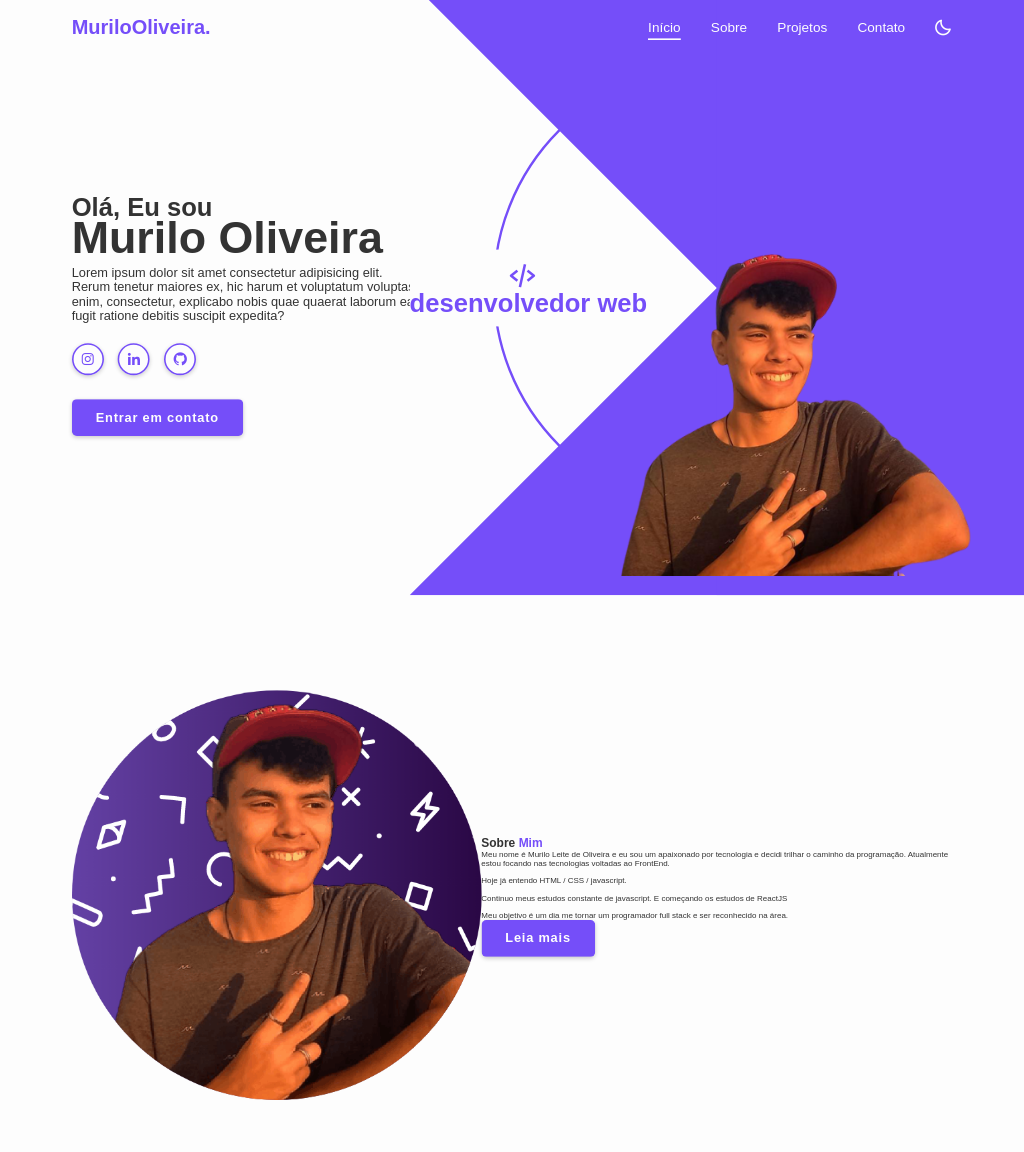
Repository: devMuriloOliveira/Portfolio-
Page: index.html
An editor plug-in stored every save of this project. The page is shown before and after the next save, followed by the edit.
The browser window is 1280 px wide. The pictures show the whole page, at 80% of full size.

Above is the page before, as saved 2023-03-11 16:08:27.

### index.html
<!DOCTYPE html>
<html lang="en">
  <head>
    <meta charset="UTF-8" />
    <meta http-equiv="X-UA-Compatible" content="IE=edge" />
    <meta name="viewport" content="width=device-width, initial-scale=1.0" />
    <title>Murilo Oliveira</title>

    <!--box icons-->
    <link
      href="https://unpkg.com/boxicons@2.1.4/css/boxicons.min.css"
      rel="stylesheet"
    />

    <!--font-->
    <link
      rel="stylesheet"
      href="https://fonts.googleapis.com/css2?family=Material+Symbols+Outlined:opsz,wght,FILL,GRAD@20..48,100..700,0..1,-50..200"
    />

    <!--css-->
    <link rel="stylesheet" href="style.css" />
  </head>
  <body>
    <header class="header">
      <a class="logo" href="#">Murilo<span>Oliveira</span>.</a>

      <nav class="navbar">
        <a href="#inicio" class="active">Início</a>
        <a href="#sobre">Sobre</a>
        <a href="#projetos">Projetos</a>
        <a href="#contato">Contato</a>
      </nav>

      <div class="bx bx bx-moon" id="darkMode-icon"></div>
    </header>

    <!------------inicio------------>

    <section class="inicio" id="inicio">
      <div class="inicio-content">
        <h3>Olá, Eu sou</h3>
        <h1>Murilo Oliveira</h1>
        <p>
          Lorem ipsum dolor sit amet consectetur adipisicing elit. Rerum tenetur
          maiores ex, hic harum et voluptatum voluptas enim, consectetur,
          explicabo nobis quae quaerat laborum ea fugit ratione debitis suscipit
          expedita?
        </p>

        <div class="social-media">
          <a href="#"><i class="bx bxl-instagram"></i></a>
          <a href="#"><i class="bx bxl-linkedin"></i></a>
          <a href="#"><i class="bx bxl-github"></i></a>
        </div>

        <a href="#" class="btn">Entrar em contato</a>
      </div>

      <div class="profession-container">
        <div class="profession-box">
          <div class="profession" style="--i: 0">
            <i class="bx bx-code-alt"></i>
            <h3>desenvolvedor web</h3>
          </div>
          <div class="profession" style="--i: 1">
            <i class="bx bx-code-alt"></i>
            <h3>desenvolvedor web</h3>
          </div>
          <div class="profession" style="--i: 2">
            <i class="bx bx-code-alt"></i>
            <h3>desenvolvedor web</h3>
          </div>
          <div class="profession" style="--i: 3">
            <i class="bx bx-code-alt"></i>
            <h3>desenvolvedor web</h3>
          </div>
          <div class="circle"></div>
        </div>

        <div class="overlay"></div>
      </div>

      <div class="inicio-img">
        <img src="assets/homem_sorrindo-removebg-preview.png" alt="" />
      </div>
    </section>

    <!------------sobre------------>

    <section class="sobre" id="sobre">
      <div class="sobre-img">
        <img src="/assets/profile-pic (4).png" alt="" />
      </div>

      <div class="sobre-content">
        <h2 class="heading">Sobre <span>Mim</span></h2>

        <p>
          Meu nome é Murilo Leite de Oliveira e eu sou um apaixonado por
          tecnologia e decidi trilhar o caminho da programação. Atualmente estou
          focando nas tecnologias voltadas ao FrontEnd.
        </p>
        <br />
        <p>Hoje já entendo HTML / CSS / javascript.</p>
        <br />
        <p>
          Continuo meus estudos constante de javascript. E começando os estudos
          de ReactJS
        </p>
        <br />
        <p>
          Meu objetivo é um dia me tornar um programador full stack e ser
          reconhecido na área.
        </p>

        <a href="#" class="btn">Leia mais</a>
      </div>
    </section>

    <script src="js/script.js"></script>
  </body>
</html>

### style.css
*{
  margin: 0;
  padding: 0;
  box-sizing: border-box;
  text-decoration: none;
  border: none;
  outline: none;
  scroll-behavior: smooth;
  font-family: 'Poppins', sans-serif;
}

:root{
  --bg-color: #fdfdfd;
  --text-color: #333;
  --main-color: #754ef9;
  --white-color: #fdfdfd;
  --shadow-color: rgba(0, 0, 0, .2);
}

html{
  font-size: 62.5%;
  overflow-x: hidden;
}

body{
  background: var(--bg-color);
  color: var(--text-color);
}

.header{
  position: fixed;
  top: 0;
  left: 0;
  width: 100%;
  padding: 2rem 7%;
  background: transparent;
  display: flex;
  align-items: center;
  z-index: 100;
}

.logo{
  font-size: 2.5rem;
  color: var(--main-color);
  font-weight: 600;
  cursor: default;
  margin-right: auto;
}

.navbar a{
  position: relative;
  font-size: 1.7rem;
  color: var(--white-color);
  font-weight: 500;
  margin-right: 3.5rem;
}

.navbar a.active::before{
  content: '';
  position: absolute;
  left: 0;
  bottom: -6px;
  width: 100%;
  height: .2rem;
  background: var(--white-color);
}

#darkMode-icon{
  font-size: 2.4rem;
  color: var(--white-color);
  cursor: pointer;
}

section{
  min-height: 100vh;
  padding: 10rem 7% 2rem;
}

.inicio{
  display: flex;
  align-items: center;
}

.inicio .inicio-content{
  max-width: 44rem;
}

.inicio-content h3{
  font-size: 3.2rem;
  font-weight: 700;
  line-height: .3;
}

.inicio-content h1{
  font-size: 5.6rem;
  font-weight: 700;
  margin-bottom: .3rem;
}

.inicio-content p{
  font-size: 1.6rem;
}

.inicio-content .social-media a{
  display: inline-flex;
  justify-content: center;
  align-items: center;
  width: 4rem;
  height: 4rem;
  background: transparent;
  border: .2rem solid var(--main-color);
  border-radius: 50%;
  box-shadow: 0 .2rem .5rem var(--shadow-color);
  font-size: 2rem;
  color: var(--main-color);
  margin: 2.5rem 1.5rem 3rem 0;
  transition: .5s ease;
}

.inicio-content .social-media a:hover{
  background: var(--main-color);
  color: var(--white-color);
}

.btn{
  display: inline-block;
  padding: 1.2rem 2.8rem;
  background: var(--main-color);
  border-radius: .6rem;
  box-shadow: 0 .2rem .5rem var(--shadow-color);
  font-size: 1.6rem;
  color: var(--white-color);
  letter-spacing: .1rem;
  font-weight: 600;
  border: .2rem solid transparent;
  transition: .5s ease;
}

.btn:hover{
  background: transparent;
  color: var(--main-color);
  border-color: var(--main-color);
}

.inicio .profession-container{
  position: absolute;
  top: 50%;
  right: 0;
  transform: translateY(-50%);
  width: 768px;
  height: 768px;

  overflow: hidden;
  pointer-events: none;
}

.inicio .profession-container .profession-box{
  position: absolute;
  top: 0;
  right: 0;
  width: 768px;
  height: 768px;
  border-radius: 50%;
  display: flex;
  justify-content: center;
  align-items: center;
}

.inicio .profession-box .profession{
  position: absolute;
  left: 0;
  display: flex;
  align-items: center;
  flex-direction: column;
  color: var(--main-color);
  transform: rotate(calc(360deg / 4 * var(--i)));
  transform-origin: 384px;
  background: var(--bg-color);
  padding: 13px 0;
}

.inicio .profession-box .profession:nth-child(1) i {
  margin-right: 15px;
}

.inicio .profession-box .profession:nth-child(2),
.inicio .profession-box .profession:nth-child(4) {
  padding-bottom: 20px;
}

.inicio .profession i{
  font-size: 3.8rem;
}

.inicio .profession h3{
  font-size: 3.2rem;
  line-height: 1;
  font-weight: 600;
}

.inicio .profession-box .circle{
  width: 560px;
  height: 560px;

  border: 3px solid var(--main-color);
  border-radius: 50%;
}

.inicio .profession-container .overlay{
  position: absolute;
  top: 0;
  right: 0;
  width: 0;
  height: 0;
  border-top: 384px solid var(--main-color);
  border-right: 384px solid var(--main-color);
  border-bottom: 384px solid var(--main-color);
  border-left: 384px solid transparent;

}

.inicio-img img{
  position: absolute;
  bottom: 0;
  right: 0;
  width: 50%;
  pointer-events: none;
}

span{
  color: var(--main-color);
}

.sobre{
  display: flex;
  justify-content: center;
  align-items: center;
}

.sobre-img img{
  width: 40vw;
}

Loaded but not shown: js/script.js (no copy from this time; the picture is the same without it)

After the next save:
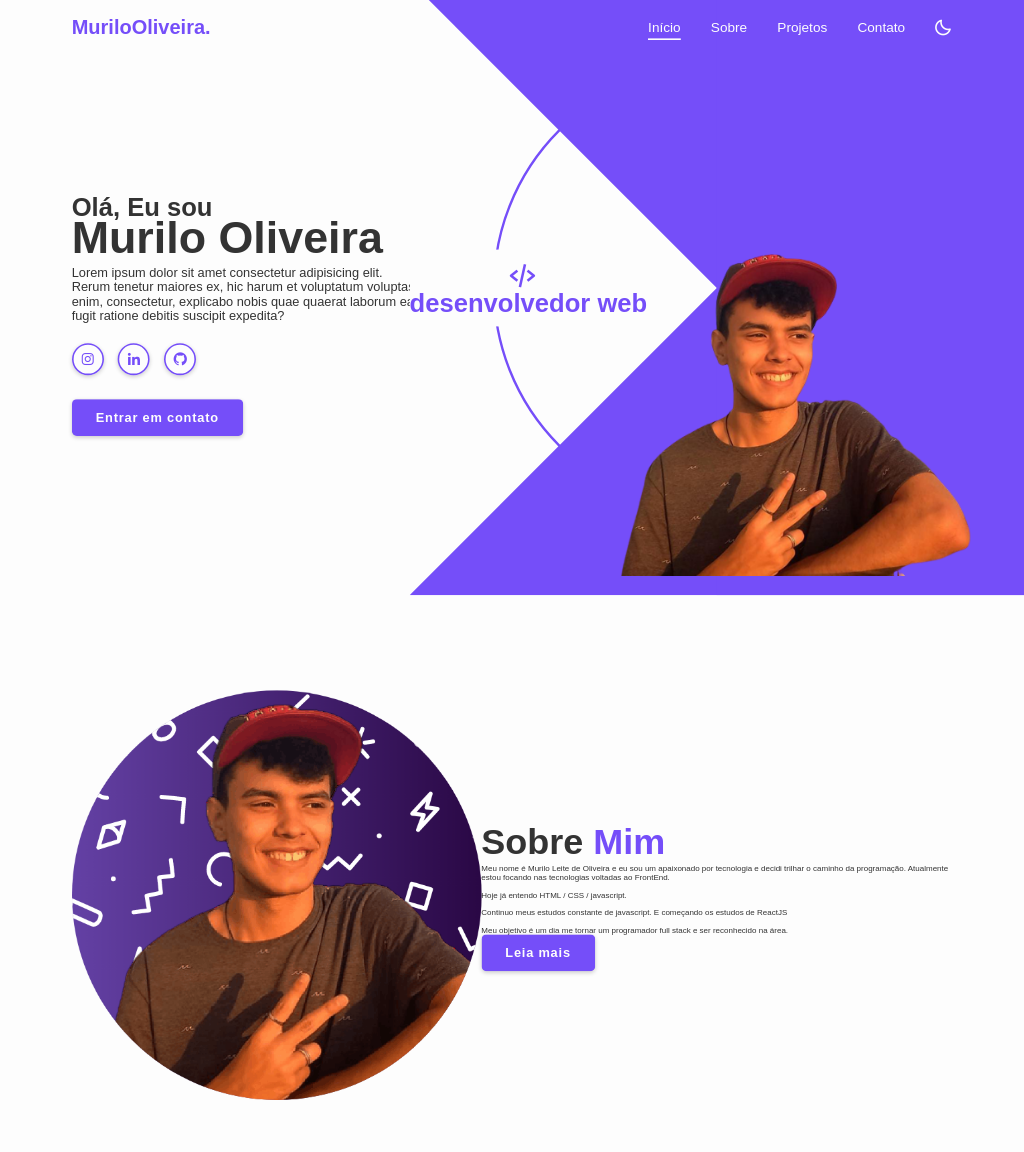
Saved 48 s later.
--- a/style.css
+++ b/style.css
@@ -240,3 +240,13 @@ span{
 .sobre-img img{
   width: 40vw;
 }
+
+.heading{
+  font-size: 4.5rem;
+  text-align: center;
+}
+
+.sobre-content h2{
+  text-align: left;
+  line-height: 1.2;
+}
